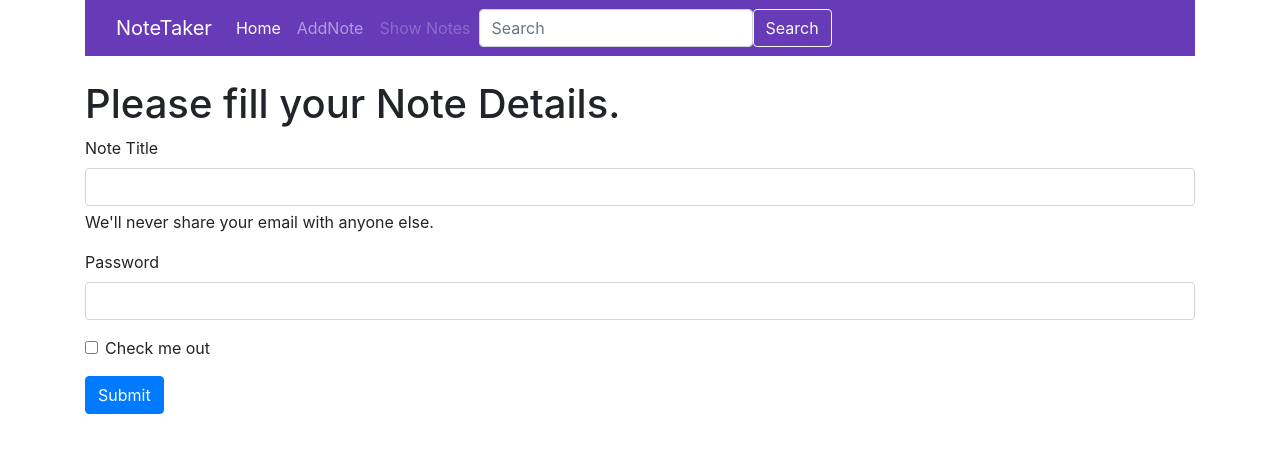
Repository: Mayank-SDE/Projects
Page: http://localhost/NoteTakerTodoApp/add_notes.jsp
An editor plug-in stored every save of this project. The page is shown before and after the next save, followed by the edit.
The browser window is 1280 px wide. The pictures show the whole page.
Some web libraries are served in a nearby version. The page is served by Tomcat 9. Other server files are loaded and not shown.

Above is the page before, as saved 2022-02-10 15:46:32.

### NoteTaker/NoteTakerTodoApp/src/main/webapp/add_notes.jsp
<%@ page language="java" contentType="text/html; charset=UTF-8"
    pageEncoding="UTF-8"%>
<!DOCTYPE html>
<html>
<head>
  <!-- Required meta tags -->
    <meta charset="utf-8">
    <meta name="viewport" content="width=device-width, initial-scale=1, shrink-to-fit=no">

   <title>Add Notes</title>
 <%@ include file="all_js_css.jsp"%>

</head>
<body>


   <div class="container">

   <%@ include file="navbar.jsp"%>

     <br>
     <h1>Please fill your Note Details.</h1>

     <!-- this is add form -->
<form  action="SaveNoteServlet" method="post">
  <div class="mb-3">
    <label for="title" class="form-label">Note Title</label>
    <input type="text"
    class="form-control"
    id="title" aria-describedby="emailHelp">
    <div id="emailHelp" class="form-text">We'll never share your email with anyone else.</div>
  </div>
  <div class="mb-3">
    <label for="exampleInputPassword1" class="form-label">Password</label>
    <input type="password" class="form-control" id="exampleInputPassword1">
  </div>
  <div class="mb-3 form-check">
    <input type="checkbox" class="form-check-input" id="exampleCheck1">
    <label class="form-check-label" for="exampleCheck1">Check me out</label>
  </div>
  <button type="submit" class="btn btn-primary">Submit</button>
</form>
   </div>
</body>
</html>

### NoteTaker/NoteTakerTodoApp/src/main/webapp/all_js_css.jsp
  <!-- Required meta tags -->
    <meta charset="utf-8">
    <meta name="viewport" content="width=device-width, initial-scale=1, shrink-to-fit=no">

    <!-- Bootstrap CSS -->
    <link rel="stylesheet" href="https://maxcdn.bootstrapcdn.com/bootstrap/4.0.0/css/bootstrap.min.css" integrity="sha384-Gn5384xqQ1aoWXA+058RXPxPg6fy4IWvTNh0E263XmFcJlSAwiGgFAW/dAiS6JXm" crossorigin="anonymous">

<link href="css/style.css" rel="stylesheet">
        <!-- Optional JavaScript -->
    <!-- jQuery first, then Popper.js, then Bootstrap JS -->
    <script src="https://code.jquery.com/jquery-3.2.1.slim.min.js" integrity="sha384-KJ3o2DKtIkvYIK3UENzmM7KCkRr/rE9/Qpg6aAZGJwFDMVNA/GpGFF93hXpG5KkN" crossorigin="anonymous"></script>
    <script src="https://cdnjs.cloudflare.com/ajax/libs/popper.js/1.12.9/umd/popper.min.js" integrity="sha384-ApNbgh9B+Y1QKtv3Rn7W3mgPxhU9K/ScQsAP7hUibX39j7fakFPskvXusvfa0b4Q" crossorigin="anonymous"></script>
    <script src="https://maxcdn.bootstrapcdn.com/bootstrap/4.0.0/js/bootstrap.min.js" integrity="sha384-JZR6Spejh4U02d8jOt6vLEHfe/JQGiRRSQQxSfFWpi1MquVdAyjUar5+76PVCmYl" crossorigin="anonymous"></script>

### NoteTaker/NoteTakerTodoApp/src/main/webapp/navbar.jsp
<nav class="navbar navbar-expand-lg navbar-dark  purple">
  <div class="container-fluid">
    <a class="navbar-brand" href="index.jsp">NoteTaker</a>
    <button class="navbar-toggler" type="button" data-bs-toggle="collapse" data-bs-target="#navbarSupportedContent" aria-controls="navbarSupportedContent" aria-expanded="false" aria-label="Toggle navigation">
      <span class="navbar-toggler-icon"></span>
    </button>
    <div class="collapse navbar-collapse" id="navbarSupportedContent">
      <ul class="navbar-nav me-auto mb-2 mb-lg-0">
        <li class="nav-item">
          <a class="nav-link active" aria-current="page" href="index.jsp">Home</a>
        </li>
        <li class="nav-item">
          <a class="nav-link" href="add_notes.jsp">AddNote</a>
        </li>

        <li class="nav-item">
          <a class="nav-link disabled" href="#" tabindex="-1" aria-disabled="true">Show Notes</a>
        </li>
      </ul>
      <form class="d-flex">
        <input class="form-control me-2" type="search" placeholder="Search" aria-label="Search">
        <button class="btn btn-outline-light" type="submit">Search</button>
      </form>
    </div>
  </div>
</nav>

### NoteTaker/NoteTakerTodoApp/src/main/webapp/css/style.css

.purple
{
	background:#673ab7;
}

After the next save:
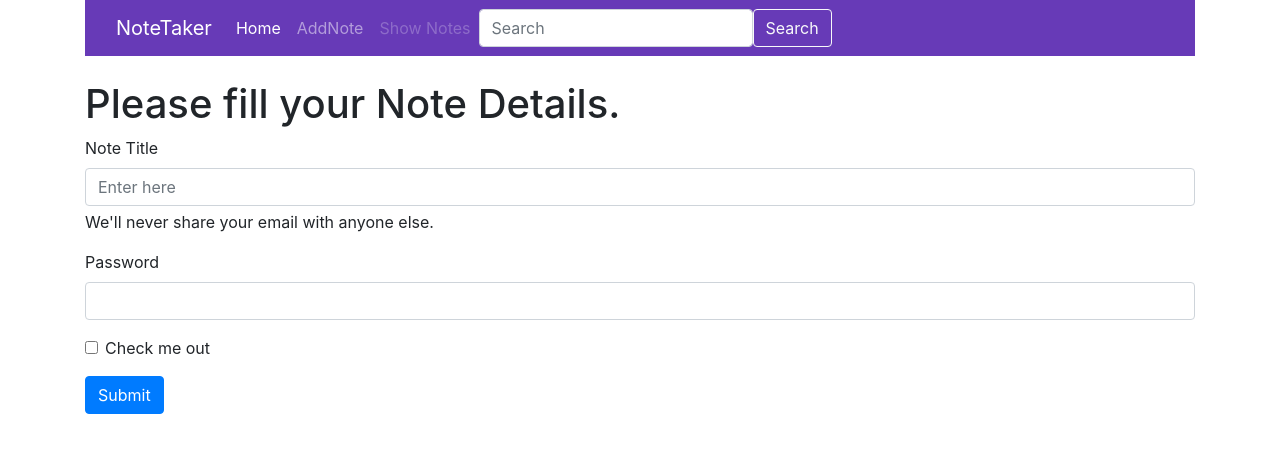
Saved 38 s later.
--- a/NoteTaker/NoteTakerTodoApp/src/main/webapp/add_notes.jsp
+++ b/NoteTaker/NoteTakerTodoApp/src/main/webapp/add_notes.jsp
@@ -27,7 +27,9 @@
     <label for="title" class="form-label">Note Title</label>
     <input type="text"
     class="form-control"
-    id="title" aria-describedby="emailHelp">
+    id="title"
+    aria-describedby="emailHelp"
+    placeholder="Enter here">
     <div id="emailHelp" class="form-text">We'll never share your email with anyone else.</div>
   </div>
   <div class="mb-3">
